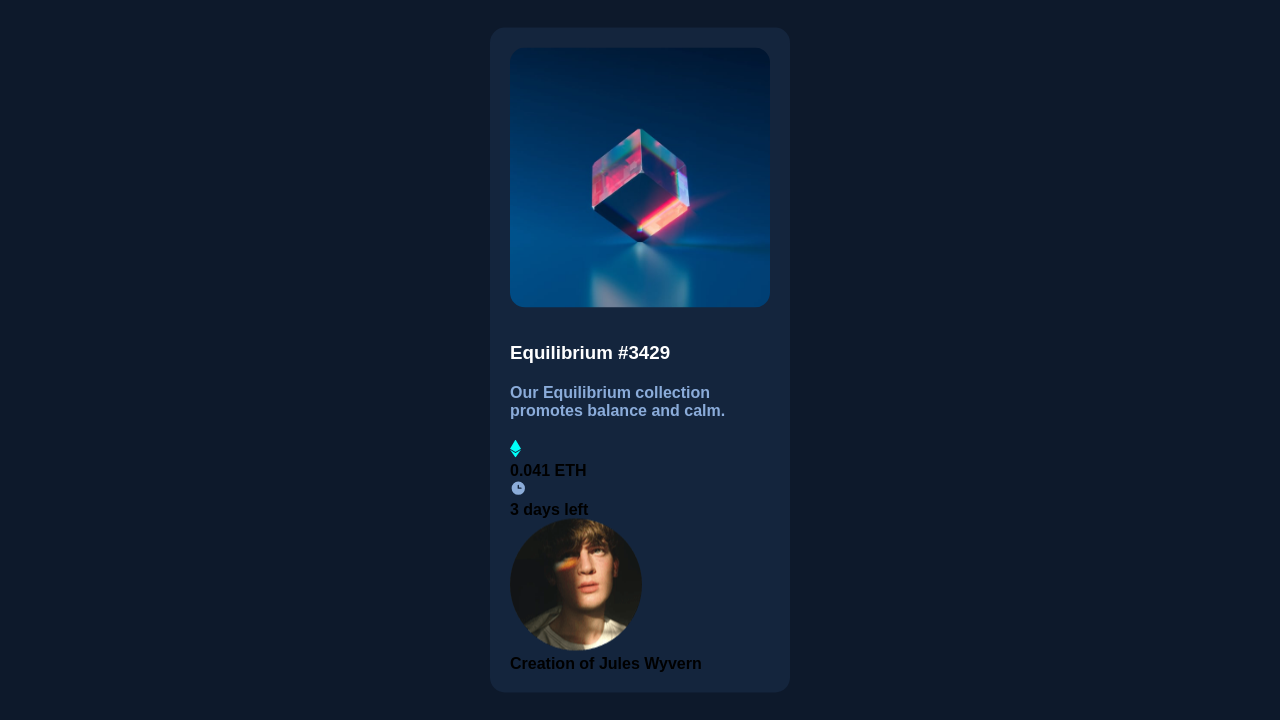
Repository: superZXMzzl/FrontendMentor
Page: nft-preview-card-component-main/index.html
An editor plug-in stored every save of this project. The page is shown before and after the next save, followed by the edit.
The browser window is 1280 px wide. The pictures show the whole page.

Above is the page before, as saved 2022-05-09 22:34:59.

### nft-preview-card-component-main/index.html
<!DOCTYPE html>
<html lang="en">
<head>
  <meta charset="UTF-8">
  <meta name="viewport" content="width=device-width, initial-scale=1.0"> <!-- displays site properly based on user's device -->

  <link rel="icon" type="image/png" sizes="32x32" href="./images/favicon-32x32.png">
  <link rel="stylesheet" href="./style.css">
  <title>Frontend Mentor | NFT preview card component</title>
</head>
<body>

  <div class="container">
    <img src="./images/image-equilibrium.jpg" class="image">
    <div class="textBox">
      <h3 class="title">Equilibrium #3429</h3>
      <p class="description">Our Equilibrium collection promotes balance and calm.</p>
      <div class="iconBox">
        <div class="iconUnit">
          <img src="./images/icon-ethereum.svg">
          <p class="iconText1">0.041 ETH</p>
        </div>
        <div class="iconUnit">
          <img src="./images/icon-clock.svg">
          <p class="iconText2">3 days left</p>
        </div>
      </div>
      <div class="line"></div>
      <div class="footerBox">
        <img src="./images/image-avatar.png" class="avatar">
        <p class="footer">Creation of Jules Wyvern</p>
      </div>
    </div>
  </div>
</body>
</html>

### nft-preview-card-component-main/style.css
* {
    font-family: 'Outfit', sans-serif;
    font-weight: 600;
    box-sizing: border-box;
    margin: 0;
    padding: 0;
}

body {
    min-height: 100vh;
    background-color: hsl(217, 54%, 11%);
    position: relative;
}

.container {
    position: absolute;
    left: 50%;
    top:50%;
    transform: translate(-50%, -50%);
    max-width: 300px;
    background-color: hsl(216, 50%, 16%);
    border-radius: 15px;
    padding: 20px;
}

.image {
    width: 100%;
    border-radius: 15px;
    margin-bottom: 30px;
}

.title {
    color: hsl(0, 0%, 100%);
    margin-bottom: 20px;
}

.description {
    color: hsl(215, 51%, 70%);
    margin-bottom: 20px;
}

After the next save:
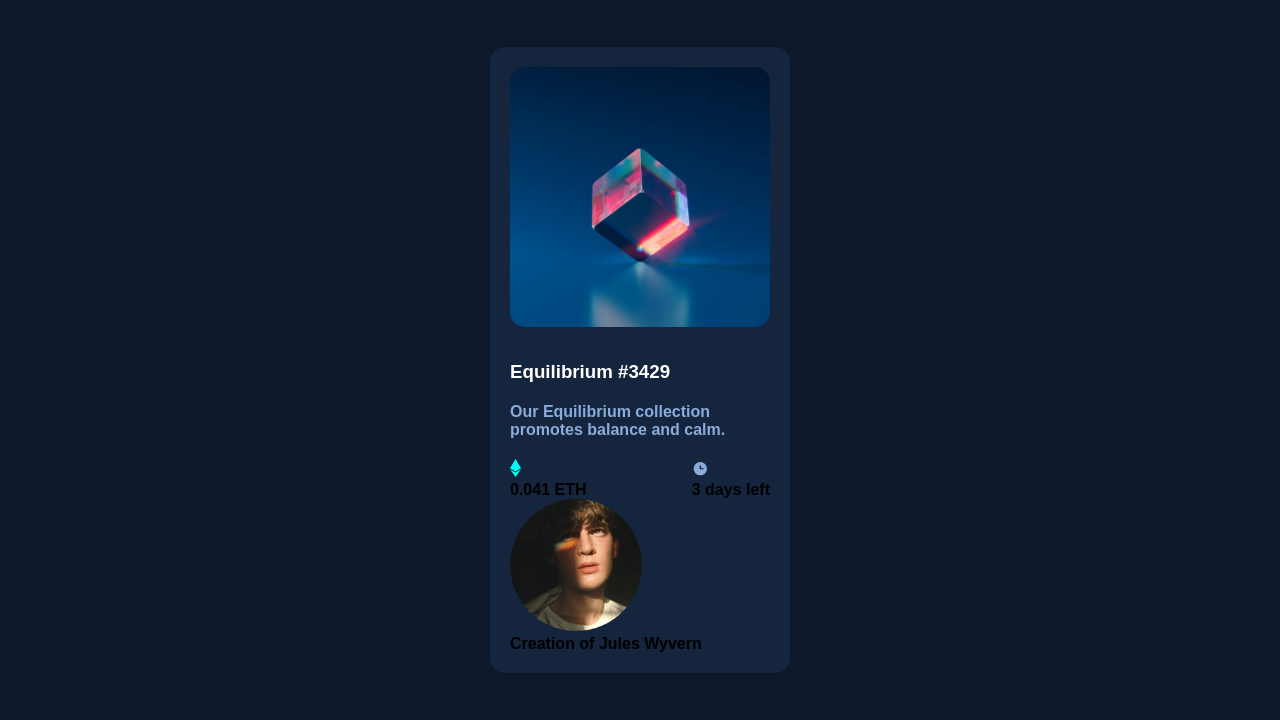
Saved 36 s later.
--- a/nft-preview-card-component-main/style.css
+++ b/nft-preview-card-component-main/style.css
@@ -38,3 +38,9 @@
     color: hsl(215, 51%, 70%);
     margin-bottom: 20px;
 }
+
+.iconBox {
+    display: flex;
+    align-items: center;
+    justify-content: space-between;
+}
